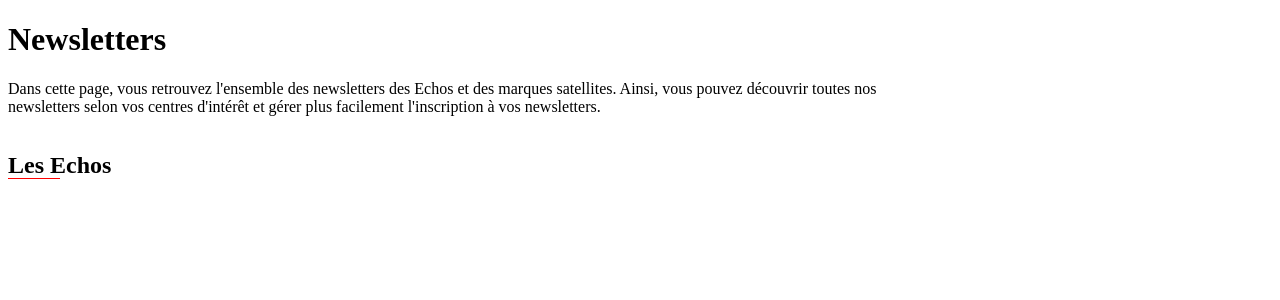
Repository: JeremyBeherec/technical-test-les-echos
Page: /
The author's editor kept a copy of each file at every save. The page is drawn from the files as they stood at one save, then again after the next save.
The browser window is 1280 px wide. The pictures show the whole page.
The project was rebuilt for these pictures with package versions that can differ from the ones it lists, and the page was loaded fresh each time. Also part of the build but not shown: vite.config.ts.

Above is the page before, as saved 2024-04-17 15:24:10.

After the next save:
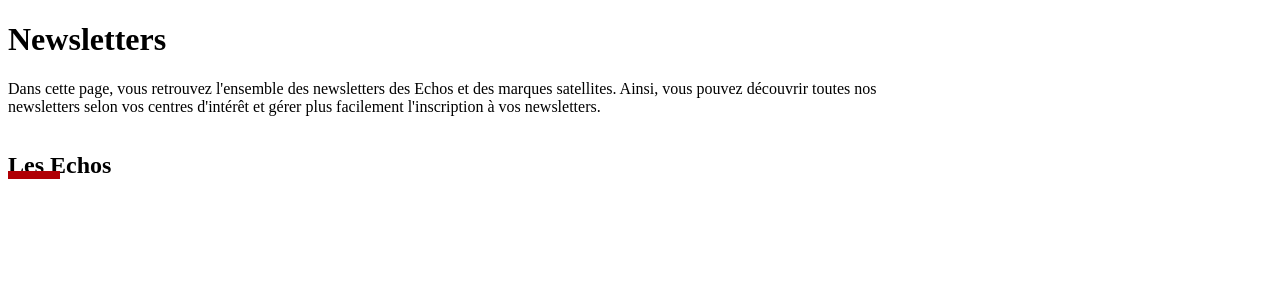
Saved 73 s later.
--- a/src/components/pages/Newsletters/Newsletters.css
+++ b/src/components/pages/Newsletters/Newsletters.css
@@ -19,7 +19,8 @@
   left: 0; /* Align the pseudo-element with the start of the paragraph */
   width: 50%; /* Adjust the width of the border as needed */
   height: 1px; /* Adjust the thickness of the border as needed */
-  background-color: red; /* Adjust the color of the border as needed */
+  background-color: #b00005; /* Adjust the color of the border as needed */
+  height: 8px;
 }
 
 .title::after {
